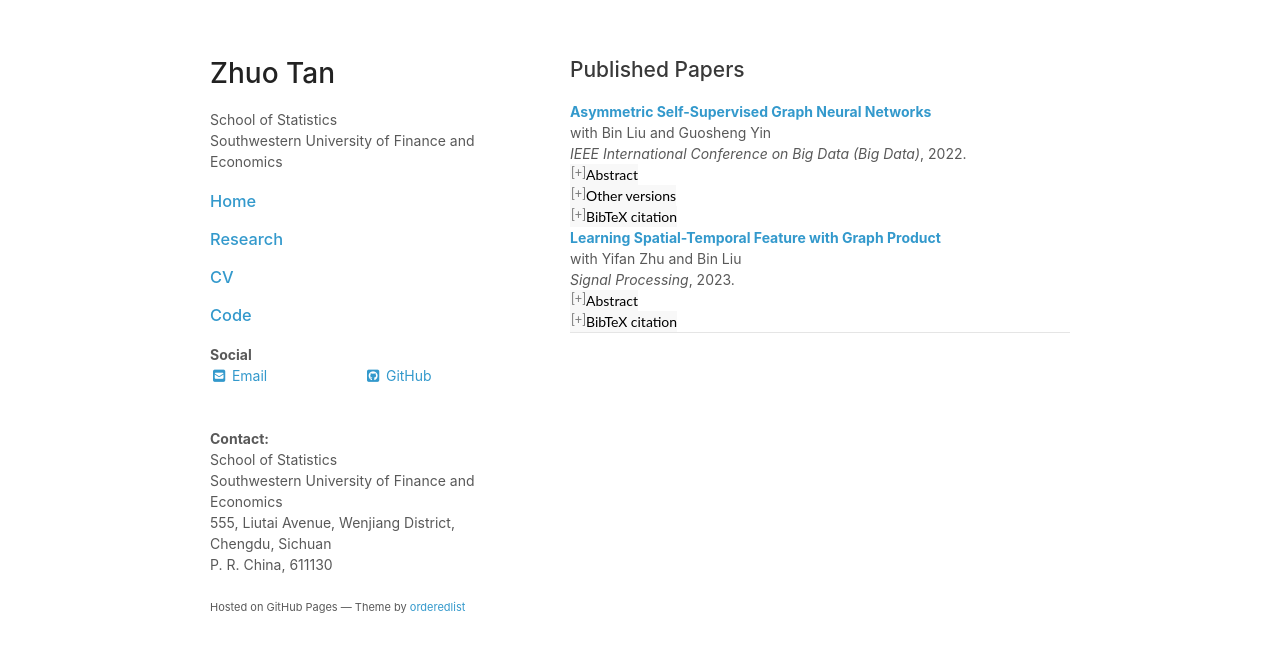
Repository: dfuttu1/dfuttu1.github.io
Page: research.html
The author's editor kept a copy of each file at every save. The page is drawn from the files as they stood at one save, then again after the next save.
The browser window is 1280 px wide. The pictures show the whole page.
Some web libraries are served in a nearby version.

Above is the page before, as saved 2023-08-03 17:10:47.
Not found: stylesheets/github-light.css

After the next save:
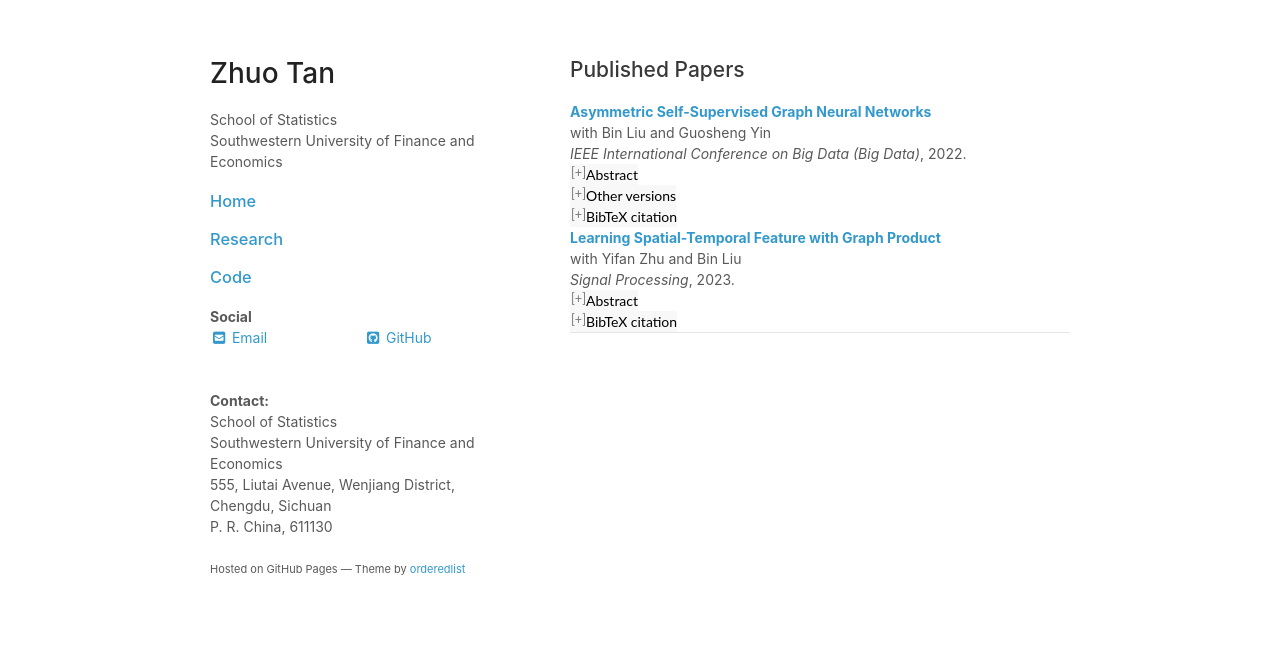
Saved 17 h 43 min later.
--- a/research.html
+++ b/research.html
@@ -88,7 +88,7 @@
         <!-- <p>Fellow<br><a href="https://glabor.org/user/tyleransom/">Global Labor Organization (GLO)</a></p> -->
     <h3><a href="https://dfuttu1.github.io/">Home</a></h3>
         <h3><a href="https://dfuttu1.github.io/research.html">Research</a></h3>
-    <h3><a href="https://dfuttu1.github.io/research/CV.pdf">CV</a></h3>
+    <!-- <h3><a href="https://dfuttu1.github.io/research/CV.pdf">CV</a></h3> -->
         <h3><a href="https://dfuttu1.github.io/code.html">Code</a></h3>
         <!-- <h3><a href="https://dfuttu1.github.io/teaching.html">Teaching</a></h3>  -->
         <!-- <h3><a href="https://dfuttu1.github.io/personal.html">Personal</a></h3> -->
